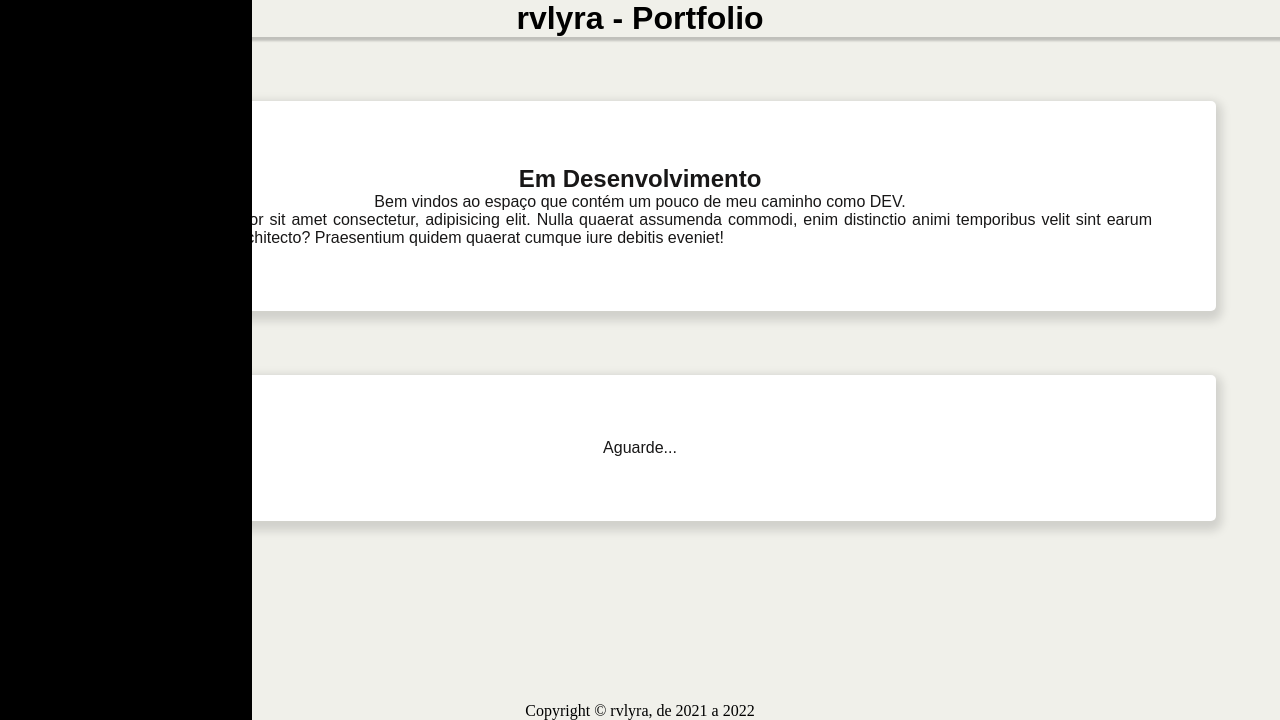
Repository: rvlyra/splash-screen-rvlyra
Page: Portfolio-RVLYRA/public/index.html
An editor plug-in stored every save of this project. The page is shown before and after the next save, followed by the edit.
The browser window is 1280 px wide. The pictures show the whole page.
Some web fonts or font styles are not loaded; a fallback is used.

Above is the page before, as saved 2022-07-06 09:49:18.

### Portfolio-RVLYRA/public/index.html
<!DOCTYPE html>
<html lang="en">
<head>
    <meta charset="UTF-8">
    <meta http-equiv="X-UA-Compatible" content="IE=edge">
    <meta name="viewport" content="width=device-width, initial-scale=1.0">
    <link rel="stylesheet" href="../assets/src/css/rl.main.css">
    <title>rvlyra @ Portfolio</title>
</head>
<body>
    <div class="splash">
        <h1>rvlyra @ Portfolio</h1>
    </div>
    <main>

        <header class="header">
            <h1>rvlyra - Portfolio</h1>
        </header>

        <section class="sec-one">
            <h2>Em Desenvolvimento</h2>
            <p>Bem vindos ao espaço que contém um pouco de meu caminho como DEV.</p>
            <p>Lorem ipsum dolor sit amet consectetur, adipisicing elit. Nulla quaerat assumenda commodi, enim distinctio animi temporibus velit sint earum sunt aut quasi architecto? Praesentium quidem quaerat cumque iure debitis eveniet!</p>
        </section>
        <section>
            Aguarde...

        </section>



        <footer class="footer">
            <p>Copyright © rvlyra, de 2021 a <span id="ano"></span></p>
        </footer>

    </main>

      <script src="../assets/src/js/rl.main.js"></script>
</body>
</html>

### Portfolio-RVLYRA/assets/src/css/rl.main.css
@import url('https://fonts.googleapis.com/css2?family=Mingzat&display=swap');
@import url('./../../splash/splash.css');

* {
    margin: 0;
    padding: 0;
    box-sizing: border-box;
}

.header {
    font-family: 'Mingzat', sans-serif;
    display:flex;
    justify-content:center;
    align-items:center;
    box-shadow: 2px 2px 2px 2px rgba(0, 0, 0, 0.2);
}

main {
    background-color: rgb(240, 240, 234);
    width:100vw;
    height:100vh;
}

section {
    font-family: 'Mingzat', sans-serif;
    display:flex;
    justify-content:space-evenly;
    align-items:center;
    flex-direction: column;
    color: rgb(24, 23, 23);
    text-align: justify;
    margin: 5%;
    padding: 5%;
    border-radius: 5px;
    box-shadow: 1px 5px 10px 5px rgba(0, 0, 0, 0.13);

    background-color:rgb(255, 255, 255);

}

.footer {
    width: 100%;
    bottom: 0;
    position: fixed;
    text-align: center;
}

### Portfolio-RVLYRA/assets/src/js/rl.main.js
const ano = document.getElementById("ano");
const anoAtual = new Date();
ano.innerHTML = anoAtual.getFullYear();

### Portfolio-RVLYRA/assets/splash/splash.css
.splash {
    position: fixed;
    z-index: 100;
    top: 0;
    left: 0;
    height: 100vh;
    background-color:black;
}

After the next save:
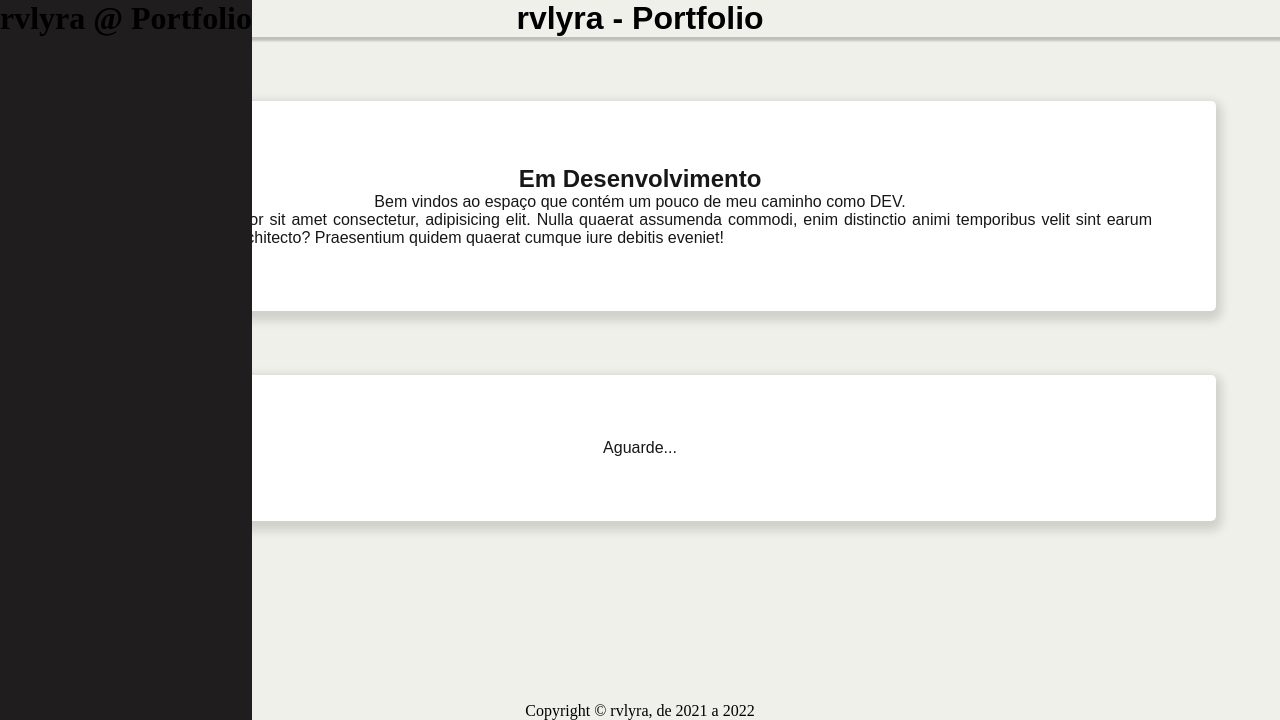
Saved 4 s later.
--- a/Portfolio-RVLYRA/assets/splash/splash.css
+++ b/Portfolio-RVLYRA/assets/splash/splash.css
@@ -4,5 +4,5 @@
     top: 0;
     left: 0;
     height: 100vh;
-    background-color:black;
+    background-color:rgb(31, 29, 29);
 }
